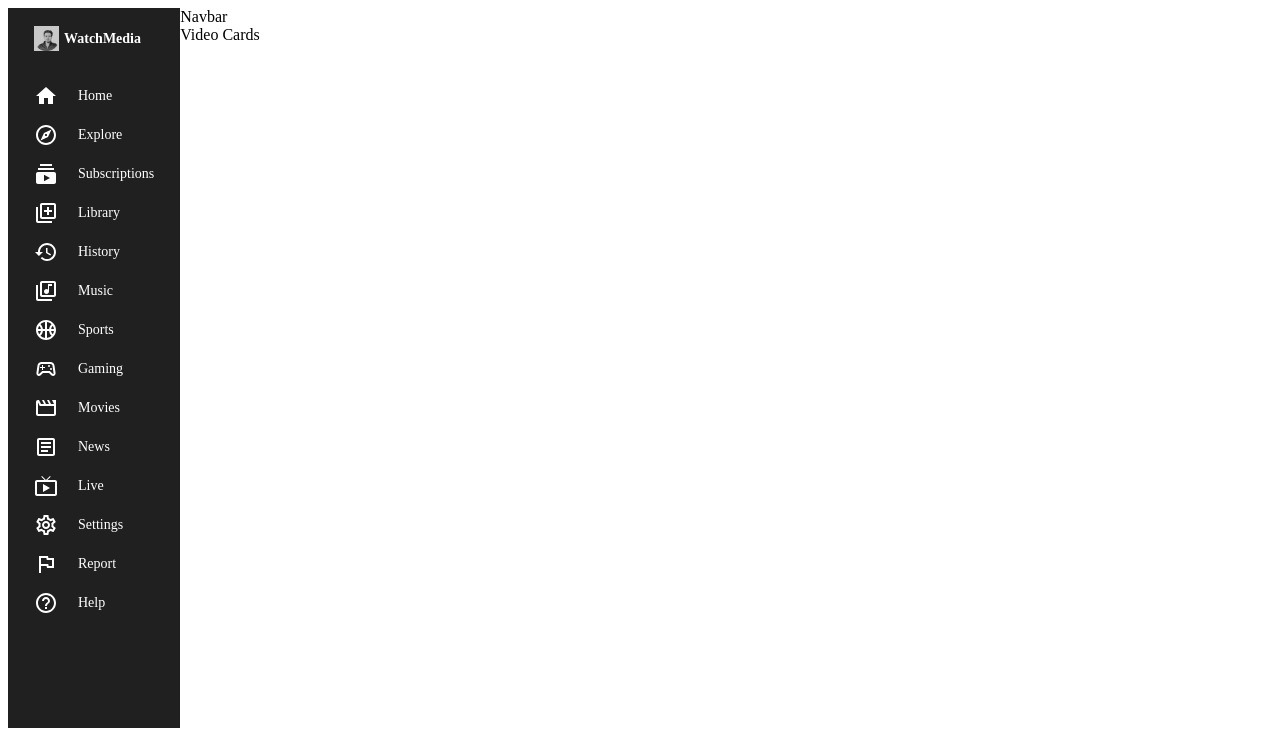
Repository: inzamamahmad3/final-year-project-skeleton
Page: /
These files come from the project's save history. The page is drawn as it stood at one moment and after the next save; the edit follows.
The browser window is 1280 px wide. The pictures show the whole page.
The project was rebuilt for these pictures with package versions that can differ from the ones it lists, and the page was loaded fresh each time.

Above is the page before, as saved 2023-07-18 00:16:50.

After the next save:
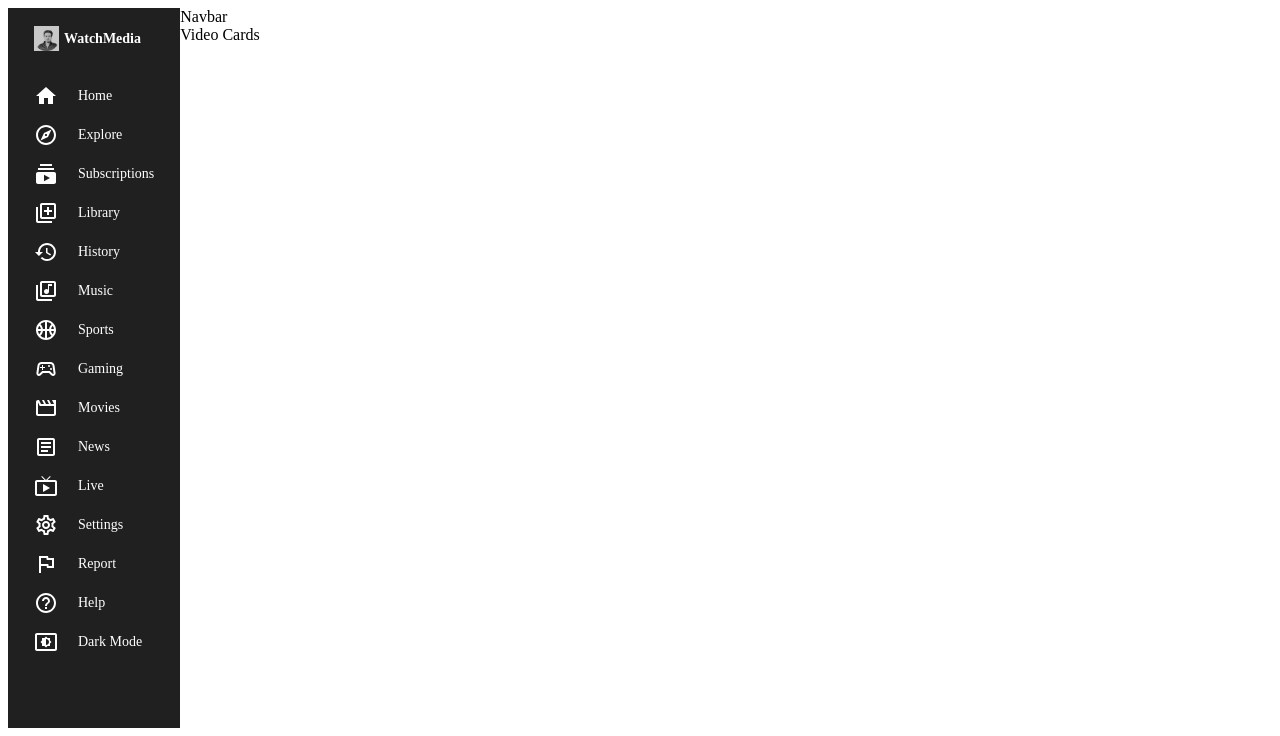
Saved 42 s later.
--- a/src/components/Menu.jsx
+++ b/src/components/Menu.jsx
@@ -114,6 +114,10 @@ function Menu() {
           <HelpOutlineOutlinedIcon />
           Help
         </Item>
+        <Item>
+          <SettingsBrightnessOutlinedIcon />
+          Dark Mode
+        </Item>
       </Wrapper>
     </Container>
   );
